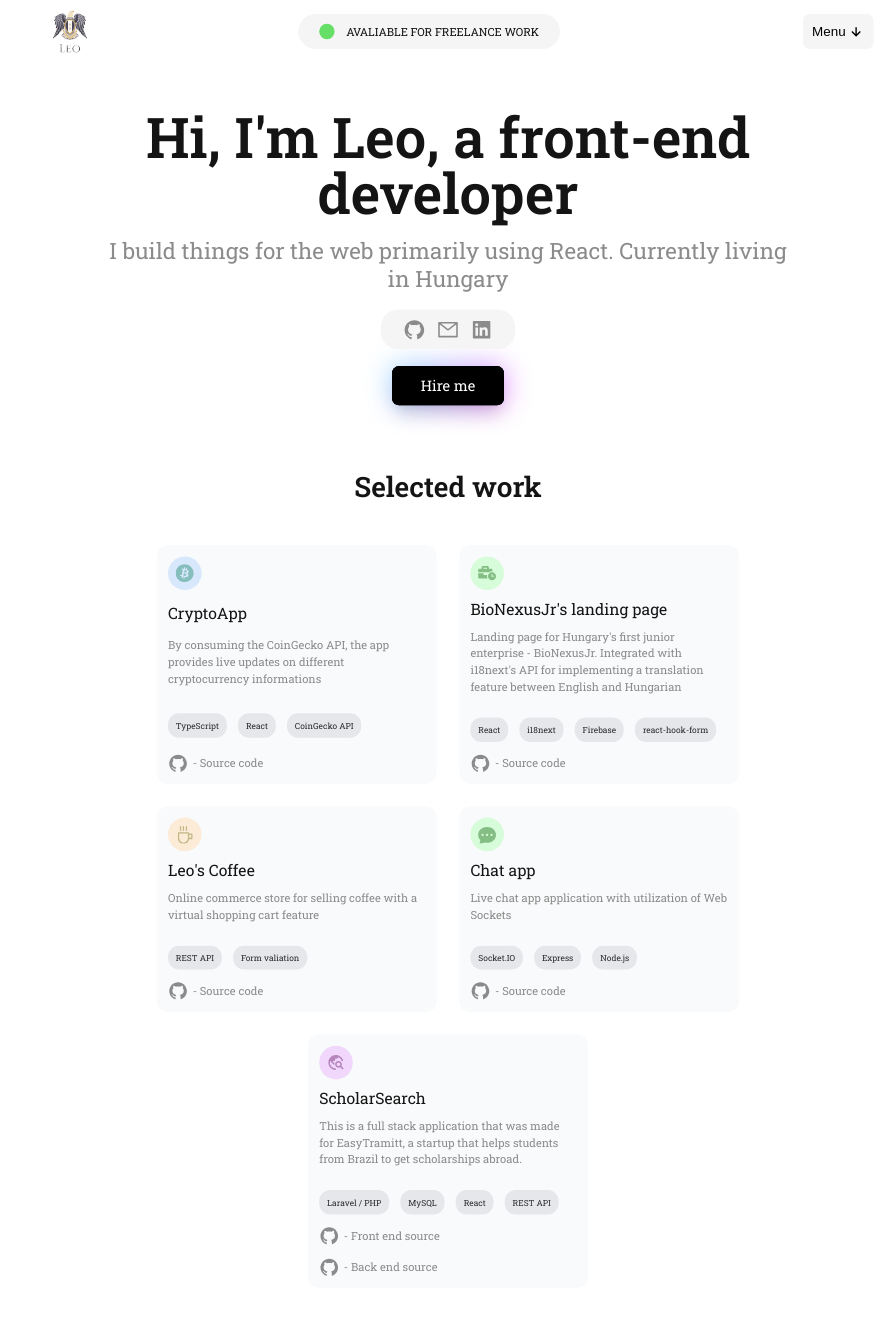
Repository: Leoka2000/portfolio-final
Page: /
These files come from the project's save history. The page is drawn as it stood at one moment and after the next save; the edit follows.
The browser window is 1280 px wide. The pictures show the part of the page from y = 0 to 1920 px (the page is 3009 px tall), at 70% of full size.
The page's requests for data from a server got no answer. Some web fonts or font styles are not loaded; a fallback is used. The project was rebuilt for these pictures with package versions that can differ from the ones it lists, and the page was loaded fresh each time. No one was signed in, and anything a server would have sent is missing. Also part of the build but not shown: src/App.css. Imported but missing from the stored project, and not drawn on this page: src/assets/LeoCV.pdf, src/assets/ScholarSearch.mp4.

Above is the page before, as saved 2023-05-11 19:58:33.

After the next save:
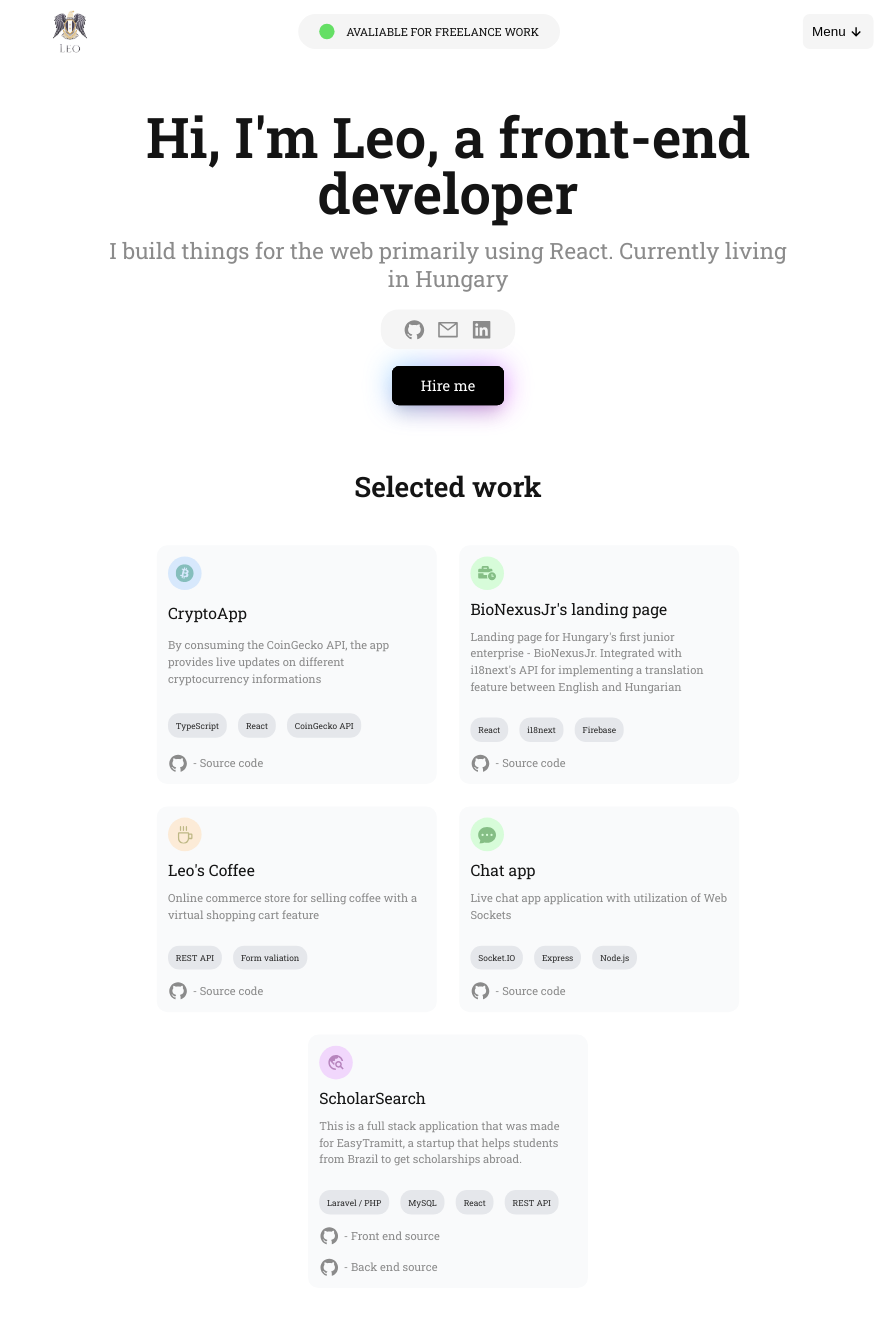
Saved 11 s later.
--- a/src/pages/main/work/projects/bionexus/index.jsx
+++ b/src/pages/main/work/projects/bionexus/index.jsx
@@ -12,7 +12,6 @@ const index = () => {
     <span>React</span>
       <span>i18next</span>
       <span>Firebase</span>
-      <span>react-hook-form</span>
     </div>
     <a href='https://github.com/Leoka2000/BioNexus-s-Website'><AiFillGithub/><p id='hover'>- Source code</p></a>
   </a>
